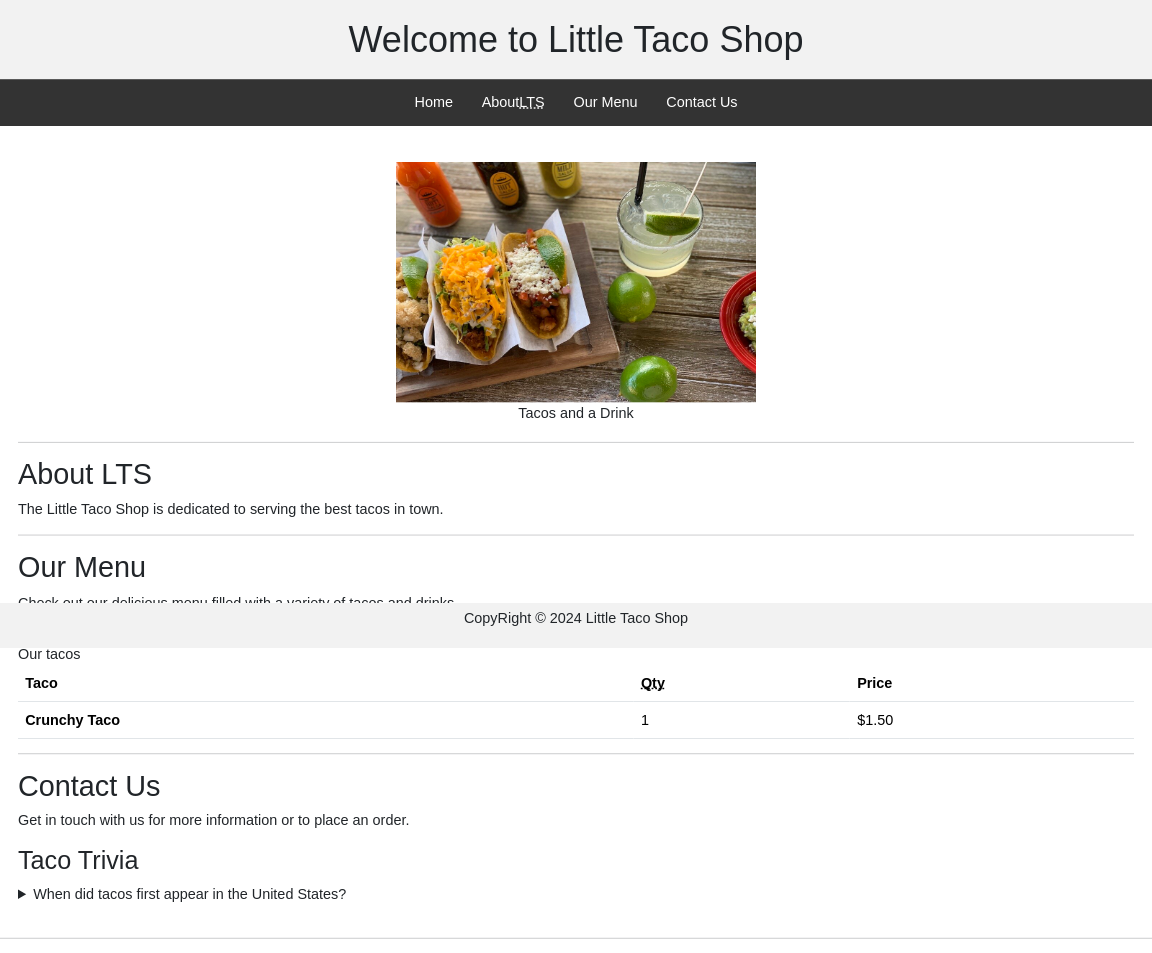
Repository: cavidk/taco_shop-web
Page: html basics/index.html
The author's editor kept a copy of each file at every save. The page is drawn from the files as they stood at one save, then again after the next save.
The browser window is 1280 px wide. The pictures show the whole page, at 90% of full size.

Above is the page before, as saved 2024-06-11 10:54:42.

After the next save:
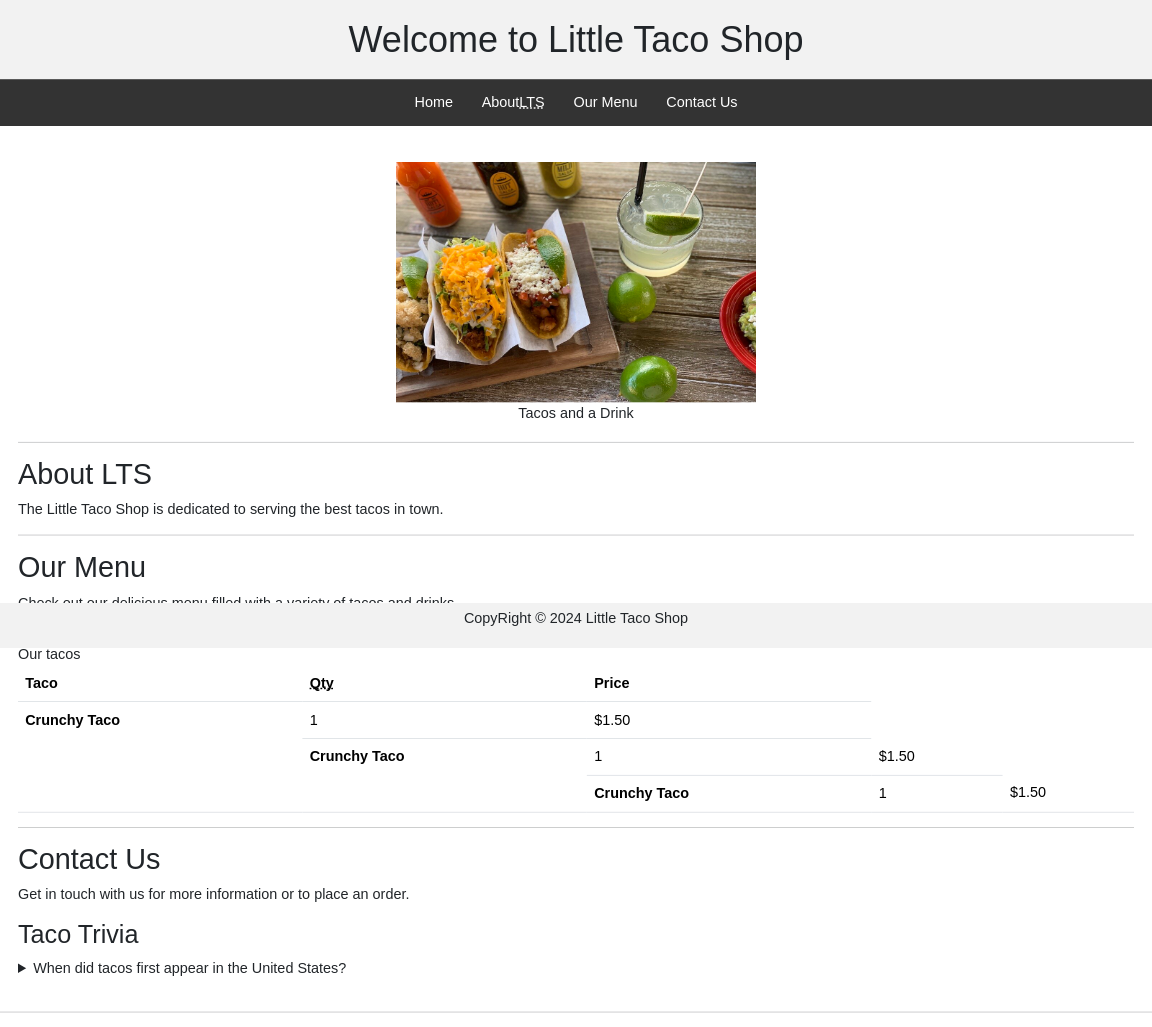
Saved 2 min 49 s later.
--- a/html basics/index.html
+++ b/html basics/index.html
@@ -88,6 +88,16 @@
                 <td>1</td>
                 <td>$1.50</td>
               </tr>
+              <tr>
+               <th scope="row" rowspan="3">Crunchy Taco</th>
+               <td>1</td>
+               <td>$1.50</td>
+             </tr>
+             <tr>
+               <th scope="row" rowspan="3">Crunchy Taco</th>
+               <td>1</td>
+               <td>$1.50</td>
+             </tr>
             </tbody>
           </table>
         </article>
